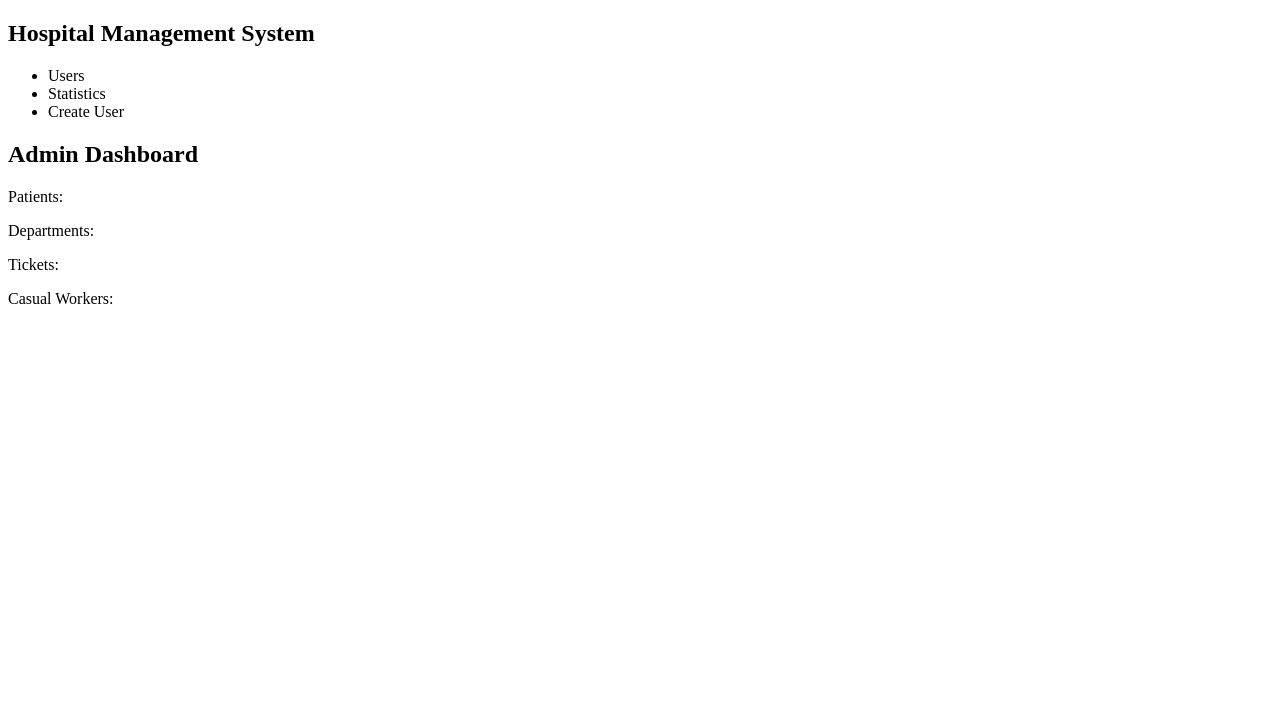
Repository: Ndegwa2/Kenyatta
Page: /admin (app in hospital-system/frontend/)
These files come from the project's save history. The page is drawn as it stood at one moment and after the next save; the edit follows.
The browser window is 1280 px wide. The pictures show the whole page.
The page's requests for data from a server got no answer. The project was rebuilt for these pictures with package versions that can differ from the ones it lists, and the page was loaded fresh each time. No one was signed in, and anything a server would have sent is missing. Also part of the build but not shown: hospital-system/frontend/src/pages/Login.jsx, hospital-system/frontend/src/components/TicketCard.jsx, hospital-system/frontend/src/pages/PatientDashboard.jsx, hospital-system/frontend/src/pages/DepartmentDashboard.jsx, hospital-system/frontend/src/pages/CasualDashboard.jsx.

Above is the page before, as saved 2025-10-12 22:21:15.

### hospital-system/frontend/public/index.html
<!DOCTYPE html>
<html lang="en">
<head>
    <meta charset="UTF-8">
    <meta name="viewport" content="width=device-width, initial-scale=1.0">
    <title>Hospital Management System</title>
</head>
<body>
    <div id="root"></div>
</body>
</html>

### hospital-system/frontend/src/App.jsx
import React from 'react';
import { BrowserRouter as Router, Routes, Route } from 'react-router-dom';
import Login from './pages/Login';
import PatientDashboard from './pages/PatientDashboard';
import DepartmentDashboard from './pages/DepartmentDashboard';
import AdminDashboard from './pages/AdminDashboard';
import CasualDashboard from './pages/CasualDashboard';

function App() {
  return (
    <Router>
      <div className="App">
        <Routes>
          <Route path="/" element={<Login />} />
          <Route path="/patient" element={<PatientDashboard />} />
          <Route path="/department" element={<DepartmentDashboard />} />
          <Route path="/admin" element={<AdminDashboard />} />
          <Route path="/casual" element={<CasualDashboard />} />
        </Routes>
      </div>
    </Router>
  );
}

export default App;

### hospital-system/frontend/src/pages/AdminDashboard.jsx
import React, { useState, useEffect } from 'react';
import Navbar from '../components/Navbar';
import Sidebar from '../components/Sidebar';

const AdminDashboard = () => {
  const [stats, setStats] = useState({});

  useEffect(() => {
    fetch('/admin/stats')
      .then(res => res.json())
      .then(data => setStats(data));
  }, []);

  return (
    <div className="dashboard">
      <Navbar />
      <div className="content">
        <Sidebar role="admin" />
        <main>
          <h2>Admin Dashboard</h2>
          <div className="stats">
            <p>Patients: {stats.patients}</p>
            <p>Departments: {stats.departments}</p>
            <p>Tickets: {stats.tickets}</p>
            <p>Casual Workers: {stats.casual_workers}</p>
          </div>
        </main>
      </div>
    </div>
  );
};

export default AdminDashboard;

### hospital-system/frontend/src/components/Navbar.jsx
import React from 'react';

const Navbar = () => {
  return (
    <nav className="navbar">
      <h1>Hospital Management System</h1>
    </nav>
  );
};

export default Navbar;

### hospital-system/frontend/src/components/Sidebar.jsx
import React from 'react';

const Sidebar = ({ role }) => {
  return (
    <aside className="sidebar">
      <ul>
        {role === 'patient' && (
          <>
            <li>Profile</li>
            <li>My Tickets</li>
            <li>Create Ticket</li>
          </>
        )}
        {role === 'department' && (
          <>
            <li>Tickets</li>
            <li>Update Status</li>
          </>
        )}
        {role === 'admin' && (
          <>
            <li>Users</li>
            <li>Statistics</li>
            <li>Create User</li>
          </>
        )}
        {role === 'casual' && (
          <>
            <li>Workers</li>
            <li>Add Worker</li>
          </>
        )}
      </ul>
    </aside>
  );
};

export default Sidebar;

Loaded but not shown: hospital-system/frontend/src/index.js (common file)

After the next save:
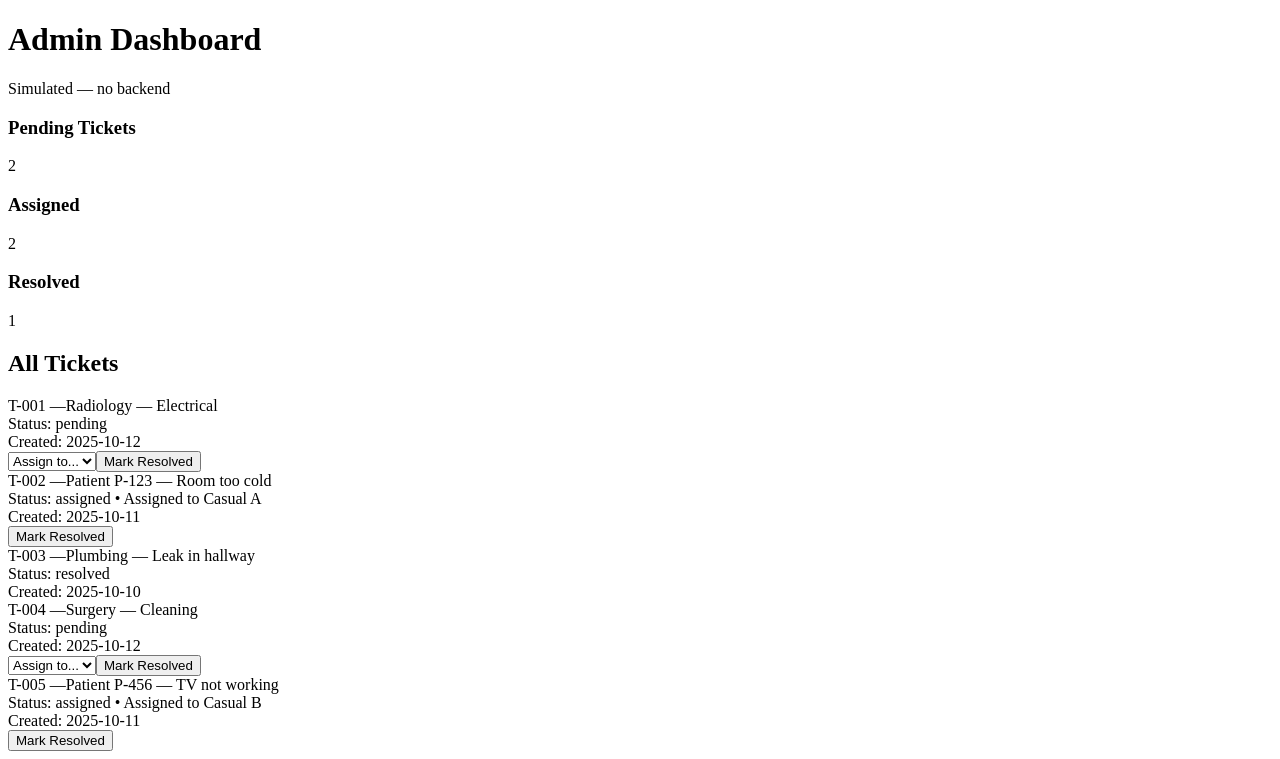
Saved 2 min 22 s later.
--- a/hospital-system/frontend/src/pages/AdminDashboard.jsx
+++ b/hospital-system/frontend/src/pages/AdminDashboard.jsx
@@ -1,33 +1,105 @@
-import React, { useState, useEffect } from 'react';
-import Navbar from '../components/Navbar';
-import Sidebar from '../components/Sidebar';
+// __define-ocg__ Admin Dashboard component (simulation)
+// Save as: src/pages/AdminDashboard.jsx
 
-const AdminDashboard = () => {
-  const [stats, setStats] = useState({});
+import React, { useState } from "react";
 
-  useEffect(() => {
-    fetch('/admin/stats')
-      .then(res => res.json())
-      .then(data => setStats(data));
-  }, []);
+/*
+  This is a frontend-only simulation for the Admin Dashboard.
+  It doesn't call a backend — it stores tickets in local state.
+*/
+export default function AdminDashboard() {
+  // demo state variable requested earlier
+  const [varOcg, setVarOcg] = useState(null);
+
+  const casualWorkers = ["Casual A", "Casual B", "Casual C"];
+
+  const [tickets, setTickets] = useState([
+    // sample tickets from different sources
+    { id: "T-001", type: "department", dept: "Radiology", category: "Electrical", description: "X-ray machine sparks", status: "pending", createdAt: "2025-10-12" },
+    { id: "T-002", type: "patient", patientId: "P-123", issue: "Room too cold", status: "assigned", assignedTo: "Casual A", createdAt: "2025-10-11" },
+    { id: "T-003", type: "maintenance", category: "Plumbing", description: "Leak in hallway", status: "resolved", createdAt: "2025-10-10" },
+    { id: "T-004", type: "department", dept: "Surgery", category: "Cleaning", description: "Floor needs mopping", status: "pending", createdAt: "2025-10-12" },
+    { id: "T-005", type: "patient", patientId: "P-456", issue: "TV not working", status: "assigned", assignedTo: "Casual B", createdAt: "2025-10-11" },
+  ]);
+
+  const pendingCount = tickets.filter(t => t.status === "pending").length;
+  const assignedCount = tickets.filter(t => t.status === "assigned").length;
+  const resolvedCount = tickets.filter(t => t.status === "resolved").length;
+
+  function assignTicket(id, worker) {
+    setTickets(tickets.map(t => t.id === id ? { ...t, status: "assigned", assignedTo: worker } : t));
+    setVarOcg(`Assigned ${id} to ${worker}`);
+  }
+
+  function markResolved(id) {
+    setTickets(tickets.map(t => t.id === id ? { ...t, status: "resolved" } : t));
+  }
 
   return (
-    <div className="dashboard">
-      <Navbar />
-      <div className="content">
-        <Sidebar role="admin" />
-        <main>
-          <h2>Admin Dashboard</h2>
-          <div className="stats">
-            <p>Patients: {stats.patients}</p>
-            <p>Departments: {stats.departments}</p>
-            <p>Tickets: {stats.tickets}</p>
-            <p>Casual Workers: {stats.casual_workers}</p>
+    <div className="min-h-screen p-6 bg-gray-50">
+      <div className="max-w-6xl mx-auto">
+        <header className="flex items-center justify-between mb-6">
+          <h1 className="text-2xl font-bold text-gray-800">Admin Dashboard</h1>
+          <div className="text-sm text-gray-600">Simulated — no backend</div>
+        </header>
+
+        {/* Summary cards */}
+        <div className="grid grid-cols-3 gap-6 mb-8">
+          <div className="bg-green-100 border border-green-200 p-6 rounded-xl">
+            <h3 className="text-lg font-semibold text-green-800">Pending Tickets</h3>
+            <p className="text-3xl font-bold text-green-800">{pendingCount}</p>
           </div>
-        </main>
+          <div className="bg-yellow-100 border border-yellow-200 p-6 rounded-xl">
+            <h3 className="text-lg font-semibold text-yellow-800">Assigned</h3>
+            <p className="text-3xl font-bold text-yellow-800">{assignedCount}</p>
+          </div>
+          <div className="bg-blue-100 border border-blue-200 p-6 rounded-xl">
+            <h3 className="text-lg font-semibold text-blue-800">Resolved</h3>
+            <p className="text-3xl font-bold text-blue-800">{resolvedCount}</p>
+          </div>
+        </div>
+
+        {/* Ticket list */}
+        <div className="bg-white p-6 rounded-xl shadow">
+          <h2 className="text-lg font-semibold mb-4 text-gray-800">All Tickets</h2>
+
+          <div className="space-y-4">
+            {tickets.map(ticket => (
+              <div key={ticket.id} className={`border rounded-lg p-4 ${ticket.status === "pending" ? "bg-white" : ticket.status === "assigned" ? "bg-yellow-50" : "bg-green-50"}`}>
+                <div className="flex justify-between items-start">
+                  <div>
+                    <div className="text-sm font-medium text-gray-800">
+                      {ticket.id} —
+                      {ticket.type === "department" ? `${ticket.dept} — ${ticket.category}` :
+                       ticket.type === "patient" ? `Patient ${ticket.patientId} — ${ticket.issue}` :
+                       `${ticket.category} — ${ticket.description}`}
+                    </div>
+                    <div className="text-xs text-gray-600 mt-1">Status: {ticket.status}{ticket.assignedTo ? ` • Assigned to ${ticket.assignedTo}` : ''}</div>
+                    <div className="text-xs text-gray-500 mt-1">Created: {ticket.createdAt}</div>
+                  </div>
+                  <div className="flex gap-2">
+                    {ticket.status === "pending" && (
+                      <select onChange={(e) => assignTicket(ticket.id, e.target.value)} className="px-3 py-1 border rounded text-sm">
+                        <option value="">Assign to...</option>
+                        {casualWorkers.map(w => <option key={w} value={w}>{w}</option>)}
+                      </select>
+                    )}
+                    {ticket.status !== "resolved" && (
+                      <button onClick={() => markResolved(ticket.id)} className="px-3 py-1 bg-green-600 text-white rounded text-sm">Mark Resolved</button>
+                    )}
+                  </div>
+                </div>
+              </div>
+            ))}
+          </div>
+        </div>
+
+        {varOcg && (
+          <div className="mt-6 p-3 bg-blue-50 rounded text-sm text-blue-800">
+            Simulation note: {varOcg}
+          </div>
+        )}
       </div>
     </div>
   );
-};
-
-export default AdminDashboard;
+}
